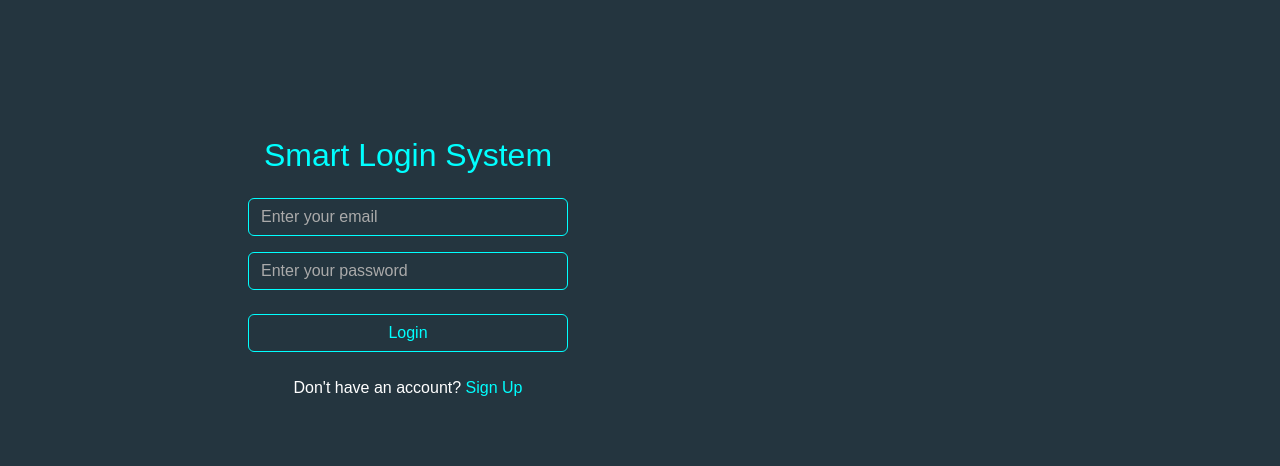
Repository: bodajava/TASK-4
Page: index.html
These files come from the project's save history. The page is drawn as it stood at one moment and after a run of saves; the edit follows.
The browser window is 1280 px wide. The pictures show the whole page.

Above is the page before, as saved 2025-06-16 18:14:57.

After the next 2 saves:
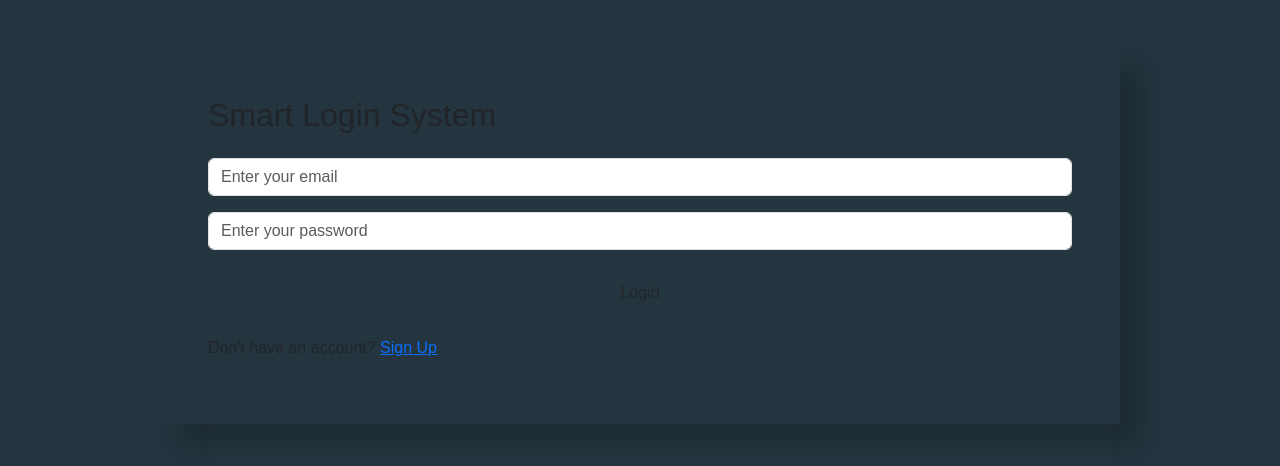
The 2 saves are shown as one change because they came seconds apart.
The last was saved 12 s later.
--- a/CSS/style.css
+++ b/CSS/style.css
@@ -14,49 +14,5 @@ body {
 }
 
 #item {
-  box-shadow: black;
+  box-shadow: 20px 20px 20px rgba(0, 0, 0, 0.2);
 }
-
-.login-box {
-  background-color: #24353f;
-  padding: 40px;
-
-  width: 100%;
-  max-width: 400px;
-  text-align: center;
-  color: #00ffff;
-}
-.form-control {
-  background-color: transparent;
-  border: 1px solid #00ffff;
-  color: #fff;
-}
-
-.form-control::placeholder {
-  color: #aaa;
-}
-
-.btn-custom {
-  border: 1px solid #00ffff;
-  color: #00ffff;
-  background-color: transparent;
-  transition: 0.3s;
-}
-
-.btn-custom:hover {
-  background-color: #00ffff;
-  color: #000;
-}
-
-.signup-link {
-  color: #fff;
-}
-
-.signup-link a {
-  color: #00ffff;
-  text-decoration: none;
-}
-
-.signup-link a:hover {
-  text-decoration: underline;
-}
